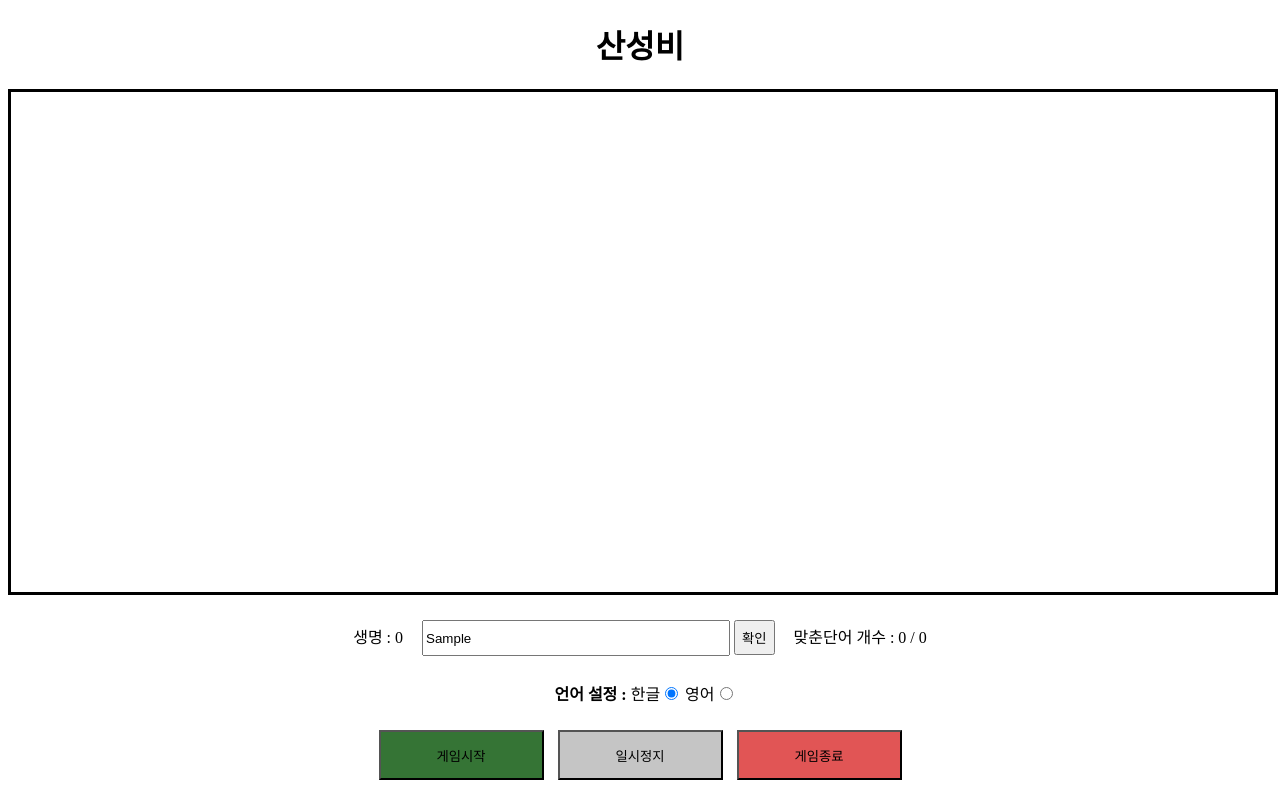
Repository: yuj1818/Hustar_JavaScript
Page: edu/edu/view/js_edu/sanseongbee.html
An editor plug-in stored every save of this project. The page is shown before and after the next save, followed by the edit.
The browser window is 1280 px wide. The pictures show the whole page.
Empty fields were first filled with sample values (such as "Sample", 5 or name@example.com).
After loading, the first visible `button.background_gray` was clicked once.

Above is the page before, as saved 2022-06-03 08:50:04.

### edu/edu/view/js_edu/sanseongbee.html
<!DOCTYPE html>
<html>
	<head>
		<meta charset="UTF-8">
		<title>산성비 게임</title>
		<style>
			.game_main {
				border: 3px solid #000;
				width: 100%;
				height: 500px;
				position: relative;
				overflow: hidden;
			}

			input#answer {
				width: 300px;
				height: 30px;
			}

			button#answer_submit {
				height:  35px;
			}

			.game_management_btn {
				width: 165px;
				height: 50px;
				/* top right botton left*/
				margin: 0px 5px;
				/*margin 값이 2개만 있으면 앞에 거는 위아래, 뒤에 거는 양쪽으로 해석*/
			}

			.background_red {
				background-color: #e15555;
			}

			.background_green {
				background-color: #357435;
			}

			.background_gray {
				background-color: #c5c5c5;
			}

			.text_center {
				text-align: center;
			}

			#popup_background{
				position: fixed;
				width: 100%;
				height: 100%;
				top: 0px;
				left: 0px;
				background-color: #00000063;
				display: none;
			}

			#final_info {
				border: 1px solid #000;
				background: #fff;
				width: 300px;
				height: 300px;
				text-align: center;
				position: fixed;
				left: calc(50% - 150px);
				top: calc(50% - 150px);
			}

			.final_info_data {
				margin: 38px 0px;
			}

			.popup_exit {
				margin: 30px 0px;
				text-align: center;
			}
		</style>
	</head>
	<body>
		<h1 class="text_center">산성비</h1>

		<div class="game_main" id="game_main"></div>

		<div class="text_center" style="margin-top: 25px">
			<span style="margin-right: 15px;">
				생명 :
				<span id="life">0</span>
			</span>

			<span style="margin-right: 15px;">
				<input id="answer" type="text" onkeyup="answer_check_enter()"/>
				<button id="answer_submit" onclick="answer_check()">확인</button>
			</span>

			<span>
				맞춘단어 개수 :
				<span id="words_size">0</span>
				/
				<span id="answer_size">0</span>
			</span>
		</div>

		<div class="text_center" style="margin-top: 25px;">
			<span style="font-weight: bold; margin-left: 10px;">언어 설정 : </span>
			<label for="korean">한글</label><input id="korean" name="lan_type" type="radio" checked onclick="lan_type_change('korean')" value="korean"/>
			<label for="english">영어</label><input id="english" name="lan_type" type="radio" onclick="lan_type_change('english')" value="english"/>
		</div>

		<div class="text_center" style="margin-top: 25px">
			<button class="game_management_btn background_green" onclick="start()">게임시작</button>
			<button class="game_management_btn background_gray" onclick="pause()">일시정지</button>
			<button class="game_management_btn background_red" onclick="end()">게임종료</button>
		</div>

		<div id="popup_background" onclick="document.getElementById('popup_background').style.display='none';">
			<div id="final_info">
				<p class="final_info_data">맞춘 단어 수 : <span id="answer_size_final">0</span></p>
				<p class="final_info_data">틀린 단어 수 : <span id="wrong_size_final">0</span></p>
				<p class="final_info_data">남은 생명 : <span id="life_final">0</span></p>
			</div>
		</div>
	</body>

	<script>






		/*
			일시정지
				↳단어 한개씩 표출하기 -> 중단 -> 일시정지 중인 것을 확인 할 수 있도록 표시
				↳표출된 단어 밑으로 내리기 -> 중단
		*/

		//생명
		const _life = 3;

		//게임 총 진행 시간
		const _game_time = 60;

		//단어가 내려오는 속도
		const _word_speed = 1;

		//단어가 내려오는 위치 크기(px)
		const _word_down_size = 50;

		//게임 진행 상태(start, end, stop)
		let game_status = null;

		//단어 목록
		let words = {
				korean: ["집어넣다", "통계", "파일", "판", "피해자"],
				english: ["aaa", "bbb", "ccc", "ddd", "eee"]
		};
					/* "집어넣다", "통계", "파일", "판", "피해자","필수적","학용품","환하다","화분","감기","강남","구속되다",
					"돌아다니다","등등","멋지다","반팔","반찬","방지","베다","보장하다","세다","소개되다","씨","안쪽","억울하다",
					"오가다","요구되다","음성","이윽고","장식","전개하다","전날","전반적";*/

		//현재 생명
		let life = 0;

		//맞춘 단어 개수
		let answer_size = 0;

		//오타 개수
		let wrong_size = 0;

		//현재 게임 시간
		let game_time = 0;

		//언어 설정 값
		let lan_type = null;


		let pause_flg = false;
		/*
			게임 시작 전
				↳언어 설정(default값: 한글)
				↳초기화
					↳생명 = 3
					↳맞춘 개수 = 0
					↳오타 개수 = 0
		*/
		//java script data 초기화
		function reset () {
			life = _life;
			answer_size = 0;
			wrong_size = 0;
			game_time = _game_time;
			if(lan_type == null) {
				lan_type = "korean";
			}

			html_reset();
		}

		//data 초기화 후, html 초기화
		function html_reset () {
			document.getElementById("life").innerHTML = life;
			document.getElementById("words_size").innerHTML = words[lan_type].length;
			document.getElementById("answer_size").innerHTML = answer_size;

			//document.getElementById("game_main").innerHTML = "";
		}

		//언어 설정(클릭 시)
		function lan_type_change (lan_type_param) {
			//console.log("lan_type_change : ", lan_type_param);

			let lan_types = document.getElementsByName("lan_type");
			for (let i = 0; i < lan_types.length; i++){
				let isChecked = lan_types[i].checked;

				//console.log("isChecked : ", isChecked);

				if (isChecked == true) {
					lan_type = lan_type_param;//방법1
					lan_type = lan_types[i].value//방법2
				}

				//console.log("lan_type : ", lan_type);
			}
		}

		/*
			게임 시작
				↳시간(초) 카운트 다운
				↳단어 섞기
				↳단어 한개씩 표출하기(몇초 단위로?, 위치 x 를 무작위로 정해주기)
					↳표출된 단어들을 밑으로 내리기(하강 속도는? (단위:초?))
				↳생명이 하나씩 깎이도록 하기
					↳게임 메인 영역에 단어가 맨 밑으로 내려갔을 때
					↳정답을 잘못 입력했을 때
				↳게임 종료 하기
					↳생명이 0이 되었을 때
					↳정답을 다 맞추었을 때
					↳종료 버튼 눌렀을 때
				↳정답을 맞추면
					↳맞춘 단어 개수를 증가 시키기 -> 화면에 표시해주기
					↳맞춘 단어 화면에서 지워주기

		*/

		let game_count_down_obj = {};

		let word_view_count = 0;

		let word_viewer_obj = {};

		let word_y_position_change_obj = {};

		function start() {
			if (game_status == "start") {
				alert("게임이 이미 진행 중 입니다.")
				return;
			}

			game_status = "start";

			reset();//데이터 및 html 초기화

			words_shuffle();

			//시간 카운트 다운
			//setInterval(콜백함수, 속도(단위:ms))
			game_count_down_obj = setInterval(game_time_add, 1000);
			//게임 시간 증가 시키기
			function game_time_add(){
				game_time++;
				//게임 종료 기능 호출 필요
			}

			//표출된 단어 수
			word_view_count = 0;
			//지정한 시간 마다 단어 표출하기
			word_viewer_obj = setInterval(word_view, _word_speed * 1000)
			//단어 한개씩 표출하기
			function word_view() {
				if (word_view_count >= words[lan_type].length){
					clearInterval(word_viewer_obj);	//Interval의 반복 동작을 멈춤 (parameter: Interval Object)
				} else{
					let game_main_el = document.getElementById("game_main");
					let div_value = game_main.clientWidth/10;//game_main element의 width값
					let random_x_index = Math.floor(Math.random() * 9);//0~9
					let x_point = random_x_index * div_value;//랜덤 x pixel 좌표

					//HTML element 동적 생성
					let span = document.createElement("span");//javascript 구문
					span.setAttribute("class", "word");
					span.style.position = "absolute";
					span.style.left = x_point + "px";//javascript 구문
					span.style.top = "0px"//javascript 구문
					//console.log("word_view lan_type : ", lan_type);
					span.innerHTML = words[lan_type][word_view_count++];
					game_main_el.appendChild(span);
				}
			}

			//지정한 시간마다 단어 내리기
			word_y_position_change_obj = setInterval(word_y_position_change, _word_speed * 1000);
			//단어 내리기
			function word_y_position_change() {
				let words_els = document.getElementsByClassName("word");
				for (let i = 0; i < words_els.length; i++){
					let temp = words_els[i].style.top;
					let temp_value = Number(temp.replace("px",""));
					temp_value += _word_down_size;
					words_els[i].style.top = temp_value + "px";
					index_num = i
					//단어가 아래쪽 테두리에 닿았는지? 닿았으면 없애기
					if (temp_value > document.getElementById("game_main").clientHeight - 30) {
						words_els[i].remove();
						life_delete();
						i =- 1
					} else {
						continue;
					}
				}
			}
		}

		//단어 섞기
		function words_shuffle () {
			for (let i = 0; i < words[lan_type].length; i++){
				let value = Math.random();//value:0 ~ 1이하
				let random_index = Math.floor(value * words[lan_type].length);
				let firstValue = words[lan_type][i];
				let randomIndexValue = words[lan_type][random_index];
				words[lan_type][i] = randomIndexValue;
				words[lan_type][random_index] = firstValue;
			}
		}

		//생명 깎기
		function life_delete () {
			life--;
			if (life <= 0) {
				document.getElementById("life").innerHTML = life;
				end();
			} else {
				document.getElementById("life").innerHTML = life;
			}
		}

		//정답 확인 (맞추면 -> 단어제거, 못 맞추면 -> life 깎기)
		function answer_check () {
			let isConfirm = false;//정답 맞춘 유무

			let answer_el = document.getElementById("answer");

			let words_els = document.getElementsByClassName("word");
			for (let i = 0; i < words_els.length; i++){
				let word = words_els[i].innerHTML
				if (answer_el.value == word){
					words_els[i].remove();
					isConfirm = true;
					break;
				} else {
					continue;
				}
			}

			if (isConfirm == false) { //정답 아닐 때,
				wrong_size++;
				life_delete();
			} else { //정답일 때,
				answer_size++;
				document.getElementById("answer_size").innerHTML = answer_size;

				//정답을 맞춘 횟수가 단어 사전의 단어 개수 보다 크거나 같을 때
				if(answer_size >= words[lan_type].length) {
					end(); //게임 종료
				}
			}

			//입력창의 value 제거
			 answer_el.value = "";
		}

		//정답 확인 (엔터)
		function answer_check_enter () {
			if (window.event.keyCode == 13) {
				answer_check();
			} else{
				return;
			}
		}

		function pause(){
			if(pause_flg){
				start();
			} else{
				game_status = "pause";
				clearInterval(game_count_down_obj); //시간 카운트 기능, 종료
				clearInterval(word_viewer_obj); //단어 HTML 생성 및 표출 기능, 종료
				clearInterval(word_y_position_change_obj); //단어 아래로 내리기 기능, 종료
			}
			pause_flg = !pause_flg;
		}
		/*
		게임 종료
			↳단어 한개씩 표출하기 -> 중단 or 다 삭제
				↳표출된 단어 밑으로 내리기 -> 중단 or 다 삭제
			↳게임 수행 결과 표시(맞춘 단어 개수, 오타 개수, 남은 생명)
			↳생명 0으로 만들기 -> 선택
			↳맞춘 개수 0으로 만들기 -> 선택
		*/

		function end () {
			clearInterval(game_count_down_obj); //시간 카운트 기능, 종료
			clearInterval(word_viewer_obj); //단어 HTML 생성 및 표출 기능, 종료
			clearInterval(word_y_position_change_obj); //단어 아래로 내리기 기능, 종료

			//게임 수행 최종 점수 표시
			document.getElementById("answer_size_final").innerHTML = answer_size;
			document.getElementById("wrong_size_final").innerHTML = wrong_size;
			document.getElementById("life_final").innerHTML = life;

			//게임 수행 최종 점수 표시 팝업창 띄우기
			document.getElementById("popup_background").style.display="block";

			game_status = "end";
		}

	</script>
</html>

After the next save:
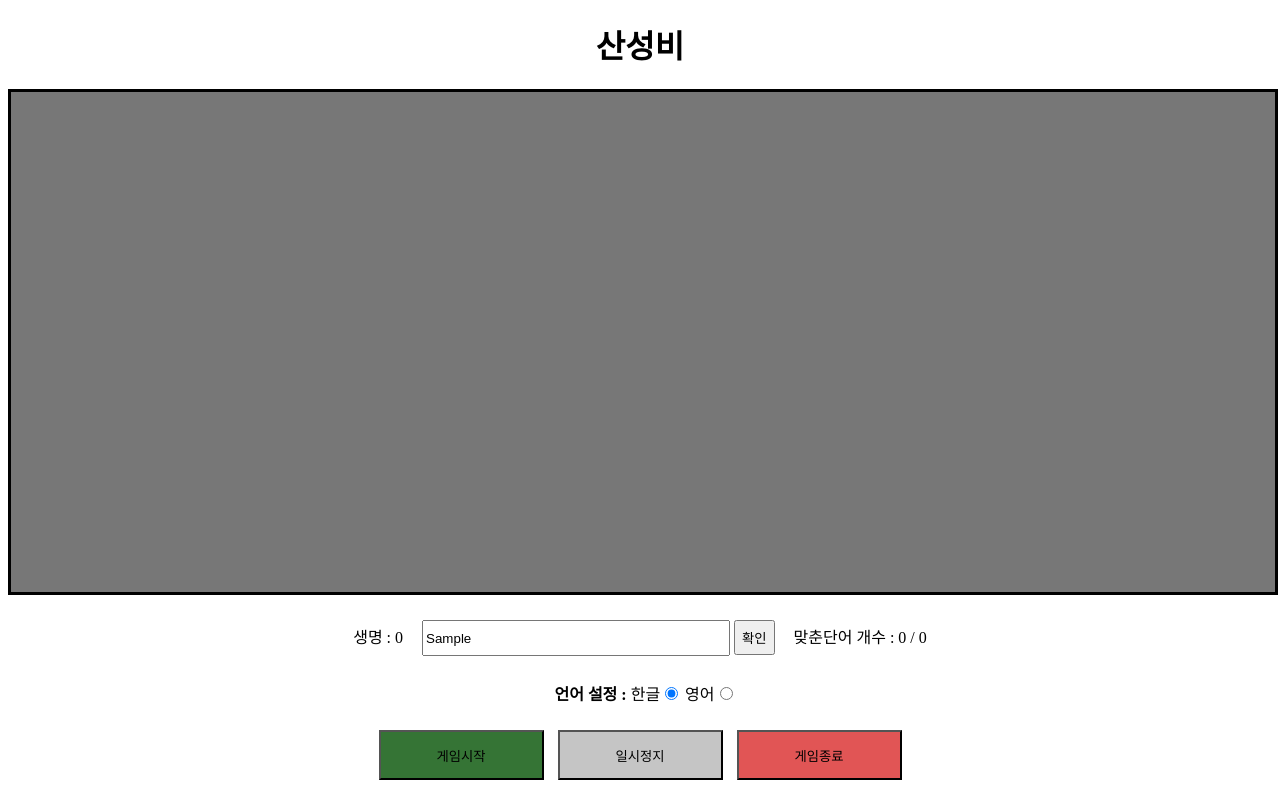
Saved 64 s later.
--- a/edu/edu/view/js_edu/sanseongbee.html
+++ b/edu/edu/view/js_edu/sanseongbee.html
@@ -393,6 +393,7 @@
 				start();
 			} else{
 				game_status = "pause";
+				document.getElementById("game_main").style.backgroundColor = "#777";
 				clearInterval(game_count_down_obj); //시간 카운트 기능, 종료
 				clearInterval(word_viewer_obj); //단어 HTML 생성 및 표출 기능, 종료
 				clearInterval(word_y_position_change_obj); //단어 아래로 내리기 기능, 종료
